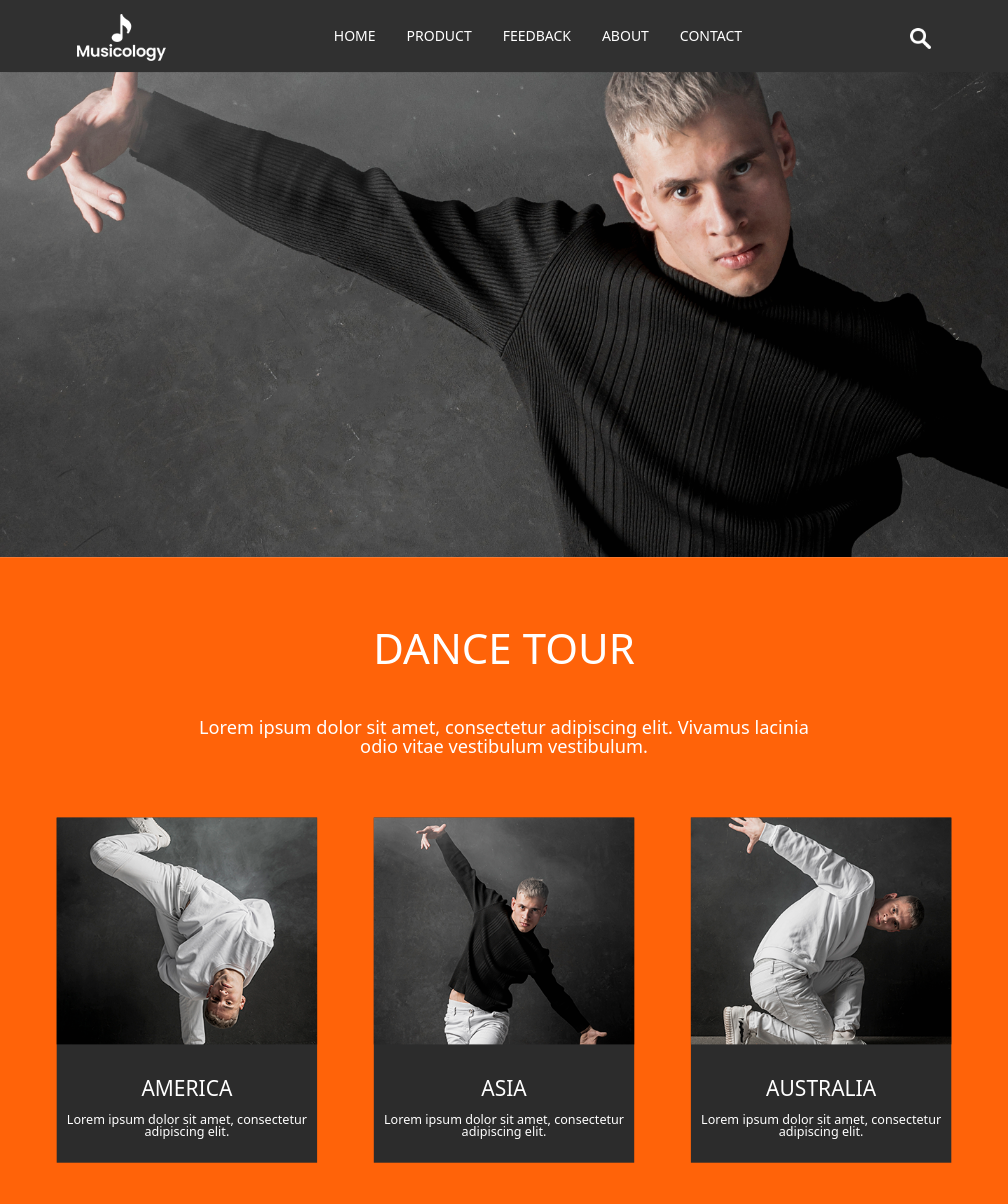
Repository: KinD2704/Web-University
Page: Bai30/index.html
These files come from the project's save history. The page is drawn as it stood at one moment and after the next save; the edit follows.
The browser window is 1280 px wide. The page is 1440 px wide, so the pictures cover 1440 px, including what lies to the right of the window. The pictures show the part of the page from y = 0 to 1720 px (the page is 7210 px tall before and 6414 px after), at 70% of full size.

Above is the page before, as saved 2023-12-23 22:52:51.

After the next save:
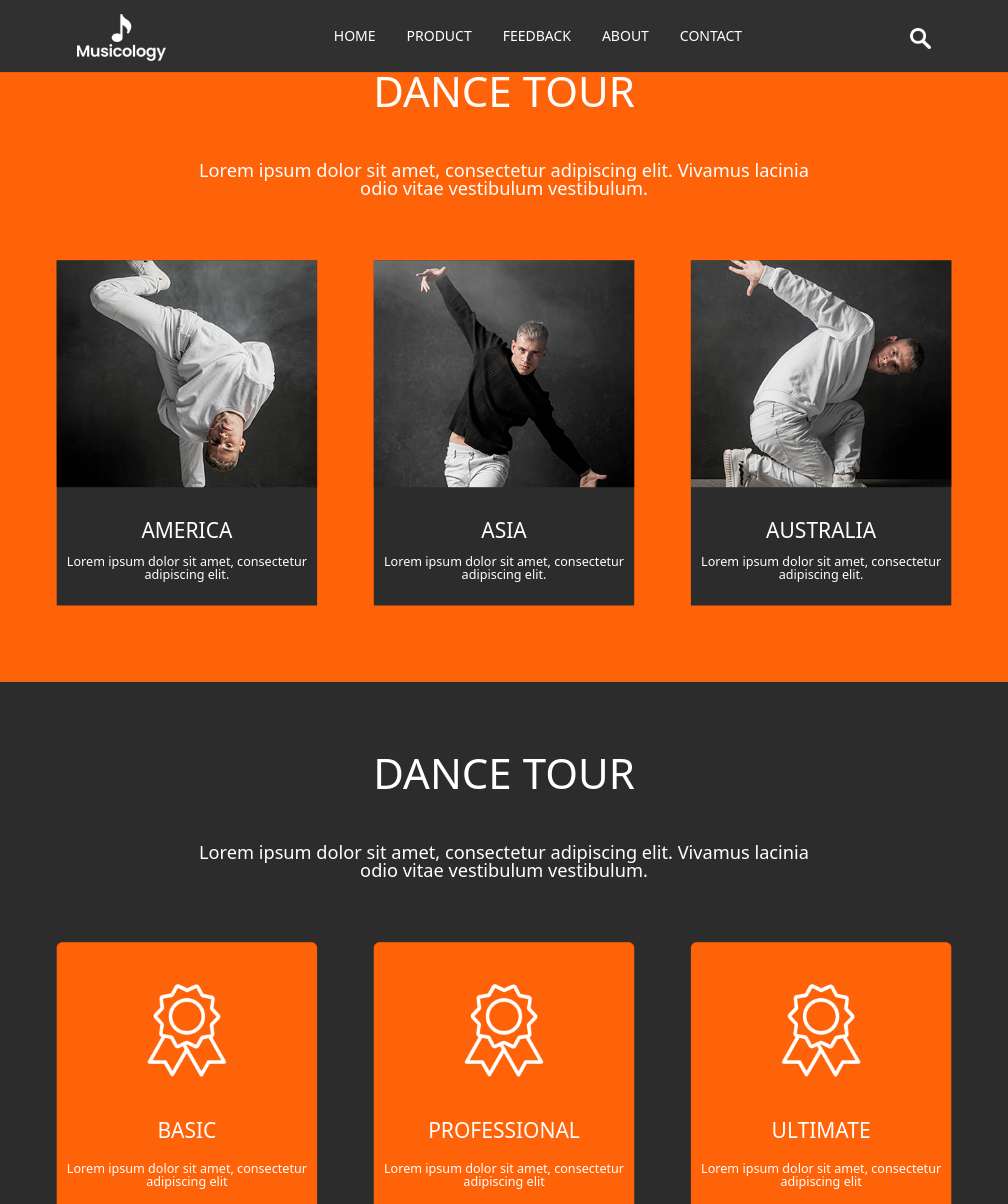
Saved 42 s later.
--- a/Bai30/index.html
+++ b/Bai30/index.html
@@ -33,7 +33,7 @@
     </header>
 
     <div class="banner1"></div>
-    <div class="banner2">
+    <div class="banner2 h-974">
         <div class="banner2__container">
             <div class="banner2__text banner2__text1">
                 <p>Dance Tour</p>
--- a/Bai30/css/global.css
+++ b/Bai30/css/global.css
@@ -1,3 +1,6 @@
+.h-974 {
+    height: 974px;
+}
 .text-up {
     text-transform: uppercase;
 }
--- a/Bai30/css/styles.css
+++ b/Bai30/css/styles.css
@@ -45,7 +45,7 @@ header ul li:hover a {
 /* banner 1 */
 .banner1 {
     background-image: url("../img/banner1.png");
-    height: 796px;
+    /* height: 796px; */
     background-repeat: no-repeat;
     background-size: cover;
     z-index: 0;
@@ -53,7 +53,6 @@ header ul li:hover a {
 /* banner 2 */
 .banner2 {
     background-image: url("../img/banner2.png");
-    height: 974px;
 }
 .banner2__container {
     padding: 100px 0;
